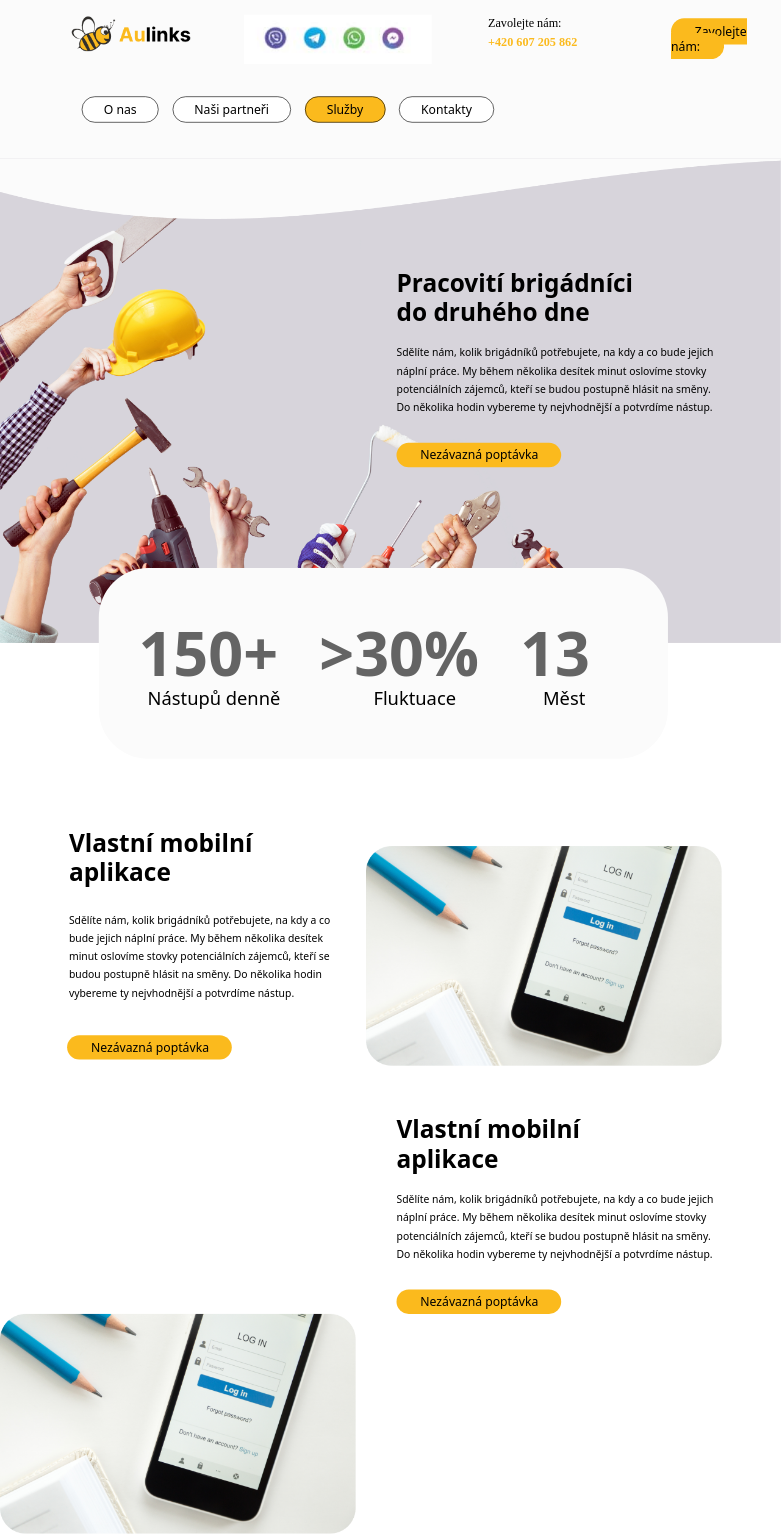
Repository: bilday08/aulinks
Page: index.html
The author's editor kept a copy of each file at every save. The page is drawn from the files as they stood at one save, then again after the next save.
The browser window is 1280 px wide. The pictures show the whole page, at 61% of full size.
Some web fonts or font styles are not loaded; a fallback is used.

Above is the page before, as saved 2022-12-07 15:36:26.

### index.html
<!DOCTYPE html>
<html lang="en">
<head>
    <meta charset="UTF-8">
    <meta http-equiv="X-UA-Compatible" content="IE=edge">
    <meta name="viewport" content="width=device-width, initial-scale=1.0">
    <title>Aulinks</title>
    <link rel="stylesheet" href="./reset.css">
    <link rel="stylesheet" href="./style.css">
    <link
    rel="stylesheet"
    href="https://cdnjs.cloudflare.com/ajax/libs/font-awesome/6.2.0/css/all.min.css"
    integrity="sha512-xh6O/CkQoPOWDdYTDqeRdPCVd1SpvCA9XXcUnZS2FmJNp1coAFzvtCN9BmamE+4aHK8yyUHUSCcJHgXloTyT2A=="
    crossorigin="anonymous"
    referrerpolicy="no-referrer" />
    <link
    href="https://cdn.jsdelivr.net/npm/bootstrap@5.2.1/dist/css/bootstrap.min.css"
    rel="stylesheet"
    integrity="sha384-iYQeCzEYFbKjA/T2uDLTpkwGzCiq6soy8tYaI1GyVh/UjpbCx/TYkiZhlZB6+fzT"
    crossorigin="anonymous">
    <script
    src="https://cdn.jsdelivr.net/npm/bootstrap@5.2.1/dist/js/bootstrap.bundle.min.js"
    integrity="sha384-u1OknCvxWvY5kfmNBILK2hRnQC3Pr17a+RTT6rIHI7NnikvbZlHgTPOOmMi466C8"
    crossorigin="anonymous">
    </script>
    <link rel="preconnect" href="https://fonts.googleapis.com">
    <link rel="preconnect" href="https://fonts.gstatic.com" crossorigin>
    <link
    href="https://fonts.googleapis.com/css2?family=Inter+Tight:ital,wght@0,100;0,200;0,300;0,400;0,500;0,600;0,700;0,800;0,900;1,200;1,300;1,400;1,500;1,600;1,700;1,800;1,900&family=Inter:wght@100;200;300;400;500;600;700;800;900&display=swap"
    rel="stylesheet">
</head>
<body>
    <div class="wrapper">
        <header class="header">
            <div class="container_fluid_header">
                <div class="header__logo">
                    <img class="logo_images" src="./images/Header/logo.png" alt="logo"/>
                    <img class="logo_text" src="./images/Header/logotext.png" alt="logo"/>
                </div>
                <div class="header__contact">
                    <img class="contact_images" src="./images/Header/contact.png" alt="contact">
                </div>
                <div class="header__text">
                    <span class="text_name">Zavolejte nám:</span>
                    <span class="text_number">+420 607 205 862</span>
                </div>
                <div class="header__button">
                    <a href="#" class="button_name">Zavolejte nám:</a>
                </div>
                <div class="herder__button_white">
                    <a href="#" class="button_name_white">O nas</a>
                    <a href="#" class="button_name_white">Naši partneři</a>
                    <a href="#" class="button_name_white button_name_yellow">Služby</a>
                    <a href="#" class="button_name_white">Kontakty</a>
                </div>
            </div>
        </header>
    </div>
    <main>
        <div class="container_fluid_main">
            <div class="main__top_br">
                <img
                src="./images/Main/Rectangle 8 (9).png"
                alt="#" class="main_top_header"/>
                <h1 class="main_text">Pracovití brigádníci do druhého dne</h1>
                <p class="main_content">
                    Sdělíte nám, kolik brigádníků potřebujete,
                    na kdy a co bude jejich náplní práce. My během několika
                    desítek minut oslovíme stovky potenciálních zájemců, kteří
                    se budou postupně hlásit na směny. Do několika hodin vybereme
                    ty nejvhodnější a potvrdíme nástup.
                </p>
                <a href="#" class="main_button">Nezávazná poptávka</a>
            </div>
            <div class="main_center">
                <a href="#" class="center_button">
                    <div class="button__first">
                        <span class="button_number">150+</span>
                        <span class="button_number">>30%</span>
                        <span class="button_number">13</span>
                    </div>
                    <div class="button__second">
                        <span class="button_text">Nástupů denně</span>
                        <span class="button_text text_second">Fluktuace</span>
                        <span class="button_text text_thrid">Měst</span>
                    </div>
                </a>
            </div>
        </div>
        <section class="service">
            <div class="service_item">
                <div class="service_content">
                    <h2 class="main_text global_heading">Vlastní mobilní aplikace</h2>
                    <div class="main_content global_text">
                        Sdělíte nám, kolik brigádníků potřebujete, na kdy a co bude jejich náplní práce.
                        My během několika desítek minut oslovíme stovky potenciálních zájemců,
                        kteří se budou postupně hlásit na směny. Do několika hodin vybereme ty nejvhodnější
                        a potvrdíme nástup.
                    </div>
                    <a href="#" class="main_button global_button">Nezávazná poptávka</a>
                </div>
                <div class="service_images">
                    <img src="./images/Main/imgmain1.png" alt="#" class="service_images_right"/>
                </div>
            </div>
            <div class="service_item">
                <div class="service_content">
                    <h2 class="main_text">Vlastní mobilní aplikace</h2>
                    <div class="main_content">
                        Sdělíte nám, kolik brigádníků potřebujete, na kdy a co bude jejich náplní práce.
                        My během několika desítek minut oslovíme stovky potenciálních zájemců,
                        kteří se budou postupně hlásit na směny. Do několika hodin vybereme ty nejvhodnější
                        a potvrdíme nástup.
                    </div>
                    <a href="#" class="main_button">Nezávazná poptávka</a>
                </div>
                <div class="service_images">
                    <img src="./images/Main/imgmain1.png" alt="#" class="service_images_left"/>
                </div>
            </div>
        </section>
    </main>
</body>
</html>

### style.css
html{
    font-size: 62.5%;
    /* 1rem=10px; */
}
* {
    box-sizing: border-box;
}
body{
    font-family: 'Inter Tight', sans-serif;
}
.container_fluid_header{
    max-width: 100%;
    height: 36rem;
    background-image: url(./images/Header/Rectangle\ 8\ \(10\).png);
    background-repeat: no-repeat;
    background-size: auto;
}
/* .header__logo{
    margin-top: 6rem;
} */
.logo_images{
    margin-left: 11.4rem;
    margin-top: 2rem;
    width: 7.8rem;
    height: 7.1rem;
}
.logo_text{
    margin-top: 2rem;
}
.contact_images{
    margin-left: 40rem;
    margin-top: -7rem;
    width: 30.8rem;
    height: 8.1rem;
}
.header__text{
    margin-left: 80rem;
    margin-top: -8rem;
}
.text_name{
    display: block;
    width: 14.5rem;
    height: 3rem;
    font-family: 'Inter Tight';
    font-weight: 400;
    font-size: 20px;
    line-height: 24px;
    color: black;
}
.text_number{
    color: #FBBA1D;
    width: 18.5rem;
    height: 2.4rem;
    font-family: 'Inter Tight';
    font-style: normal;
    font-weight: 700;
    font-size: 20px;
    line-height: 24px;
}
.header__button{
    margin-left: 110rem;
    margin-top: -4rem;
}
.button_name{
    text-align: center;
    text-decoration: none;
    padding: 0.8rem 3.9rem;
    color: black;
    background-color: #FBBA1D;
    width: 22.3rem;
    height: 4.1rem;
    font-weight: 400;
    font-size: 20px;
    line-height: 24px;
    border-radius: 30px;
}
.herder__button_white{
    margin-top: 8rem;
    margin-left: 11.4rem;
}
.button_name_white{
    text-decoration: none;
    text-align: center;
    color: black;
    background-color: white;
    padding: 0.7rem 3.5rem;
    width: 19rem;
    height: 4rem;
    font-weight: 400;
    font-size: 20px;
    line-height: 24px;
    border-radius: 30px;
    border: 1px solid #000000;
    margin-left: 2rem;
}
.button_name_yellow{
    background-color: #FBBA1D;
}
.main_top_header{
    max-width: 100%;
    object-fit: contain;
    margin-left: 0;
}
.container_fluid_main{
    max-width: 100%;
    height: 79.4rem;
    background-image: url(./images/Main/brmain.png);
    object-fit: cover;
    margin-top: -10em;
}
.main_text{
    width: 42.7rem;
    height: 9.6rem;
    font-weight: 600;
    font-size: 40px;
    line-height: 48px;
    color: #000000;
    margin-left: 65rem;
    margin-top: 8rem;
}
.main_content{
    width: 53.5rem;
    height: 12rem;
    font-weight: 400;
    font-size: 17px;
    line-height: 30px;
    color: #000000;
    margin-top: 2.8rem;
    margin-left: 65rem;
}
.main_button{
    text-decoration: none;
    text-align: center;
    display: block;
    padding: 8px 39px;
    color: black;
    background-color: #FBBA1D;
    width: 27rem;
    height: 4rem;
    font-weight: 400;
    font-size: 20px;
    line-height: 24px;
    border-radius: 30px;
    margin-top: 4.3rem;
    margin-left: 65rem;
    white-space: nowrap;
}
.center_button{
    text-decoration: none;
    max-width: 109rem;
    height: 31.3rem;
    background-color:#FBFBFB;
    border-radius: 81px;
    display: block;
    margin-top: 16.5rem;
    margin-left: 16.2rem;
    margin-right: 18.5rem;
    padding-top: 7.8rem;
}
.button_number{
    display: inline-block;
    font-weight: 600;
    font-size: 100px;
    line-height: 121px;
    color: #646464;
    margin-left: 6.5rem;
}
.button__first .button__second{
    display: inline;
}
.button_text{
    width: 24rem;
    height: 3.3rem;
    display: inline;
    font-weight: 400;
    font-size: 30px;
    line-height: 30px;
    color: #000000;
    margin-left: 8rem;
}
.text_second{
    margin-left: 15rem;
}
.text_thrid{
    margin-left: 14rem;
}
.global_heading{
    max-width: 41.8rem;
    height: 95px;
    margin-top: 30.3rem;
    margin-left: 11.3rem;
}
.global_text{
    max-width: 43.2rem;
    height: 18.9rem;
    margin-left: 11.3rem;
    margin-top: 4.1rem;
}
.global_button{
    margin-left: 11rem;
    margin-top: 1.5rem;
}
.service_images_right{
    width: 58.3rem;
    height: 36rem;
    display: block;
    margin-top: -35rem;
    margin-left: 60rem;
}

Loaded but not shown: reset.css (common file)

After the next save:
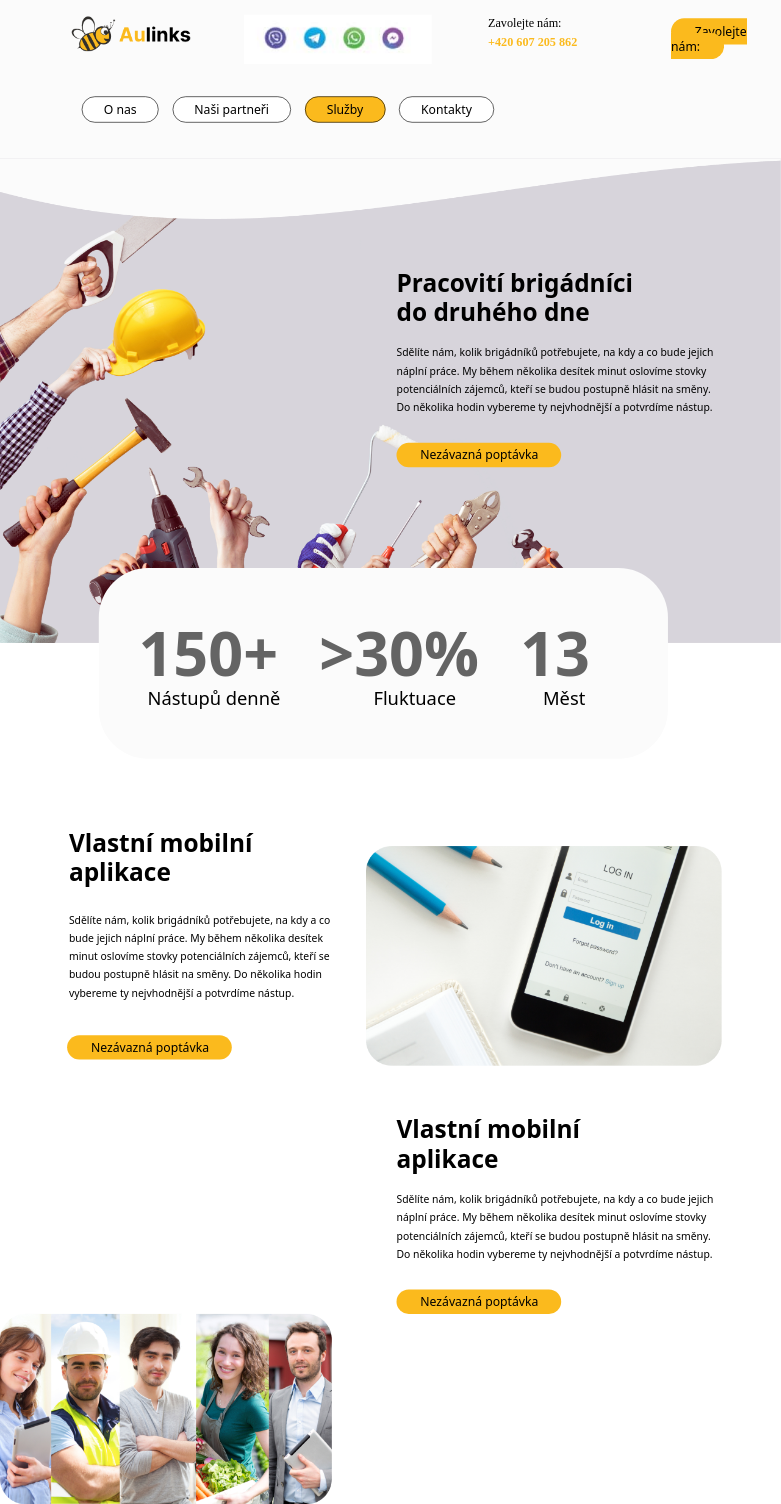
Saved 5 s later.
--- a/index.html
+++ b/index.html
@@ -115,7 +115,7 @@
                     <a href="#" class="main_button">Nezávazná poptávka</a>
                 </div>
                 <div class="service_images">
-                    <img src="./images/Main/imgmain1.png" alt="#" class="service_images_left"/>
+                    <img src="./images/Main/imgmain2.png" alt="#" class="service_images_left"/>
                 </div>
             </div>
         </section>
